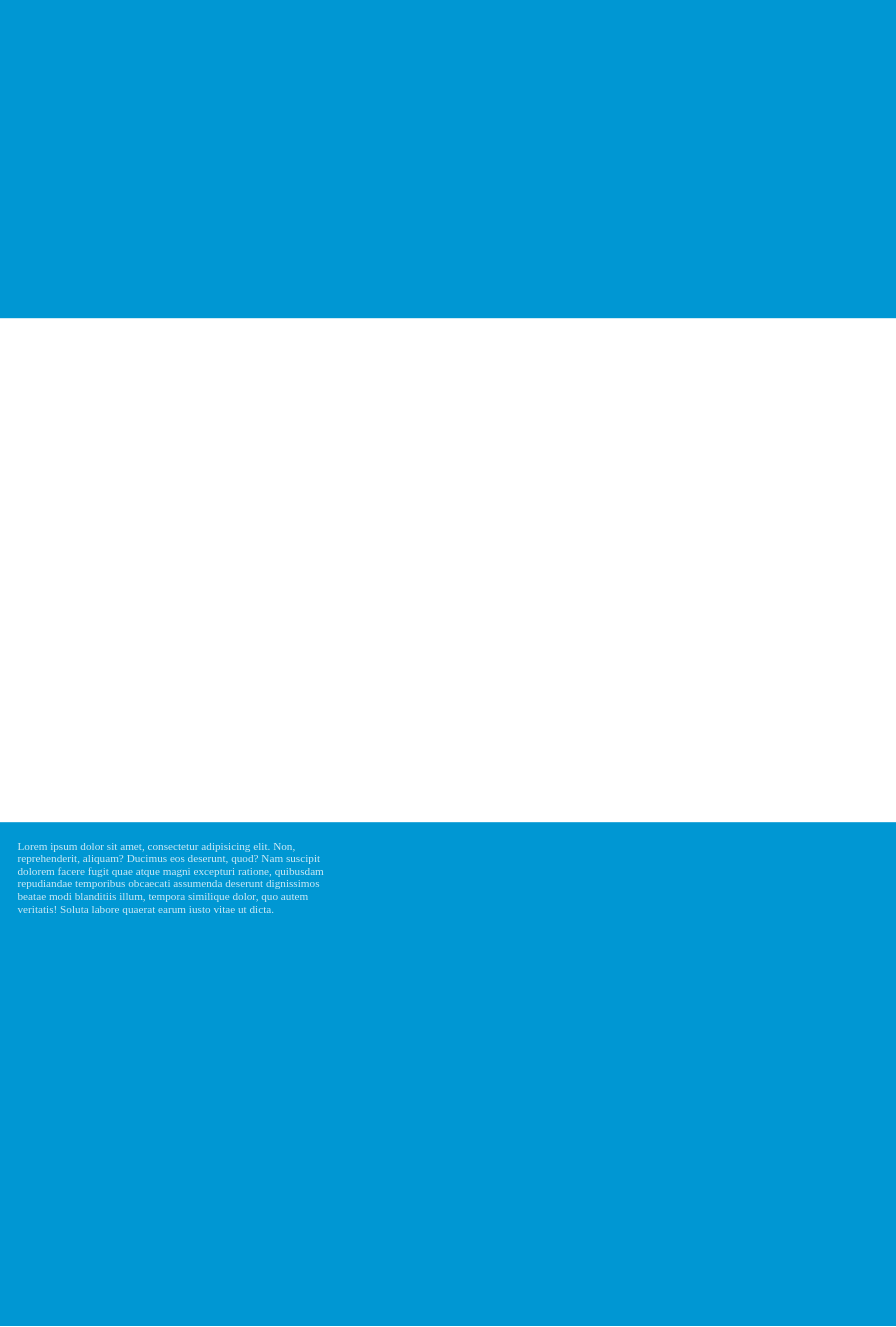
Repository: LiamB123/Adaptive-Sizing-Practice
Page: MP.html
The author's editor kept a record of every edit. The page is drawn from the files as they stood at one moment, then again after the next edit.
The browser window is 1280 px wide. The pictures show the part of the page from y = 1001 to 2921 px (the page is 2896 px tall before and 2921 px after), at 70% of full size.

Above is the page before.

After the next edit:
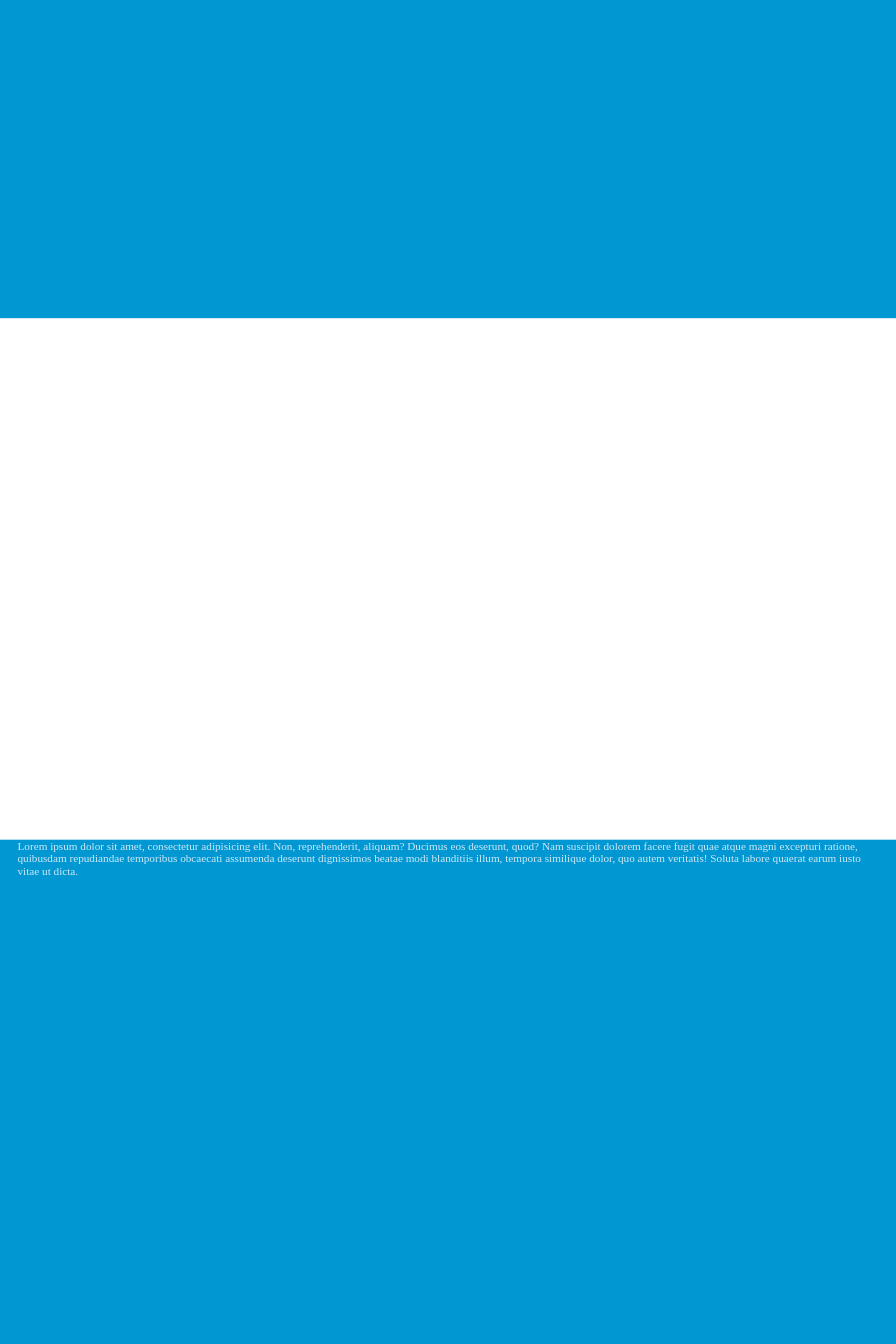
The edit:
--- a/MP.css
+++ b/MP.css
@@ -32,10 +32,11 @@
 .footer{ background-color:#4a4a4f;
 padding:15px;}
 
+.
+@media (min-width: 768px){
 .column { float:left;
 
 }
-@media (min-width: 768px){
     .column-60{width:60%;}
     .column-40{width:40%;}
 }

After the 3 edits that followed:
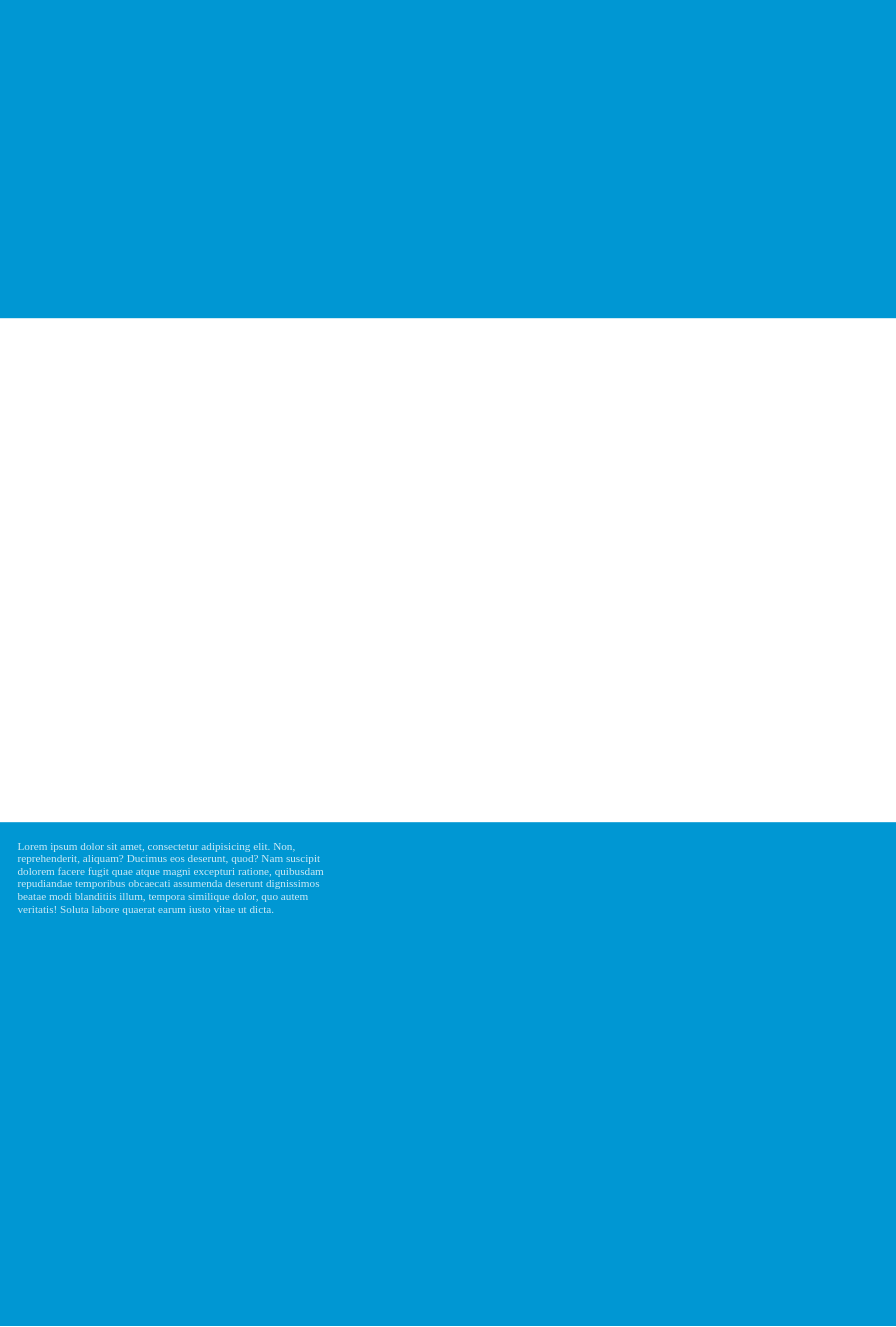
The 3 edits are shown as one change because 2 left the picture as it was.
The edit:
--- a/MP.css
+++ b/MP.css
@@ -32,11 +32,11 @@
 .footer{ background-color:#4a4a4f;
 padding:15px;}
 
-.
+
 @media (min-width: 768px){
-.column { float:left;
+.column { float:left;}
 
-}
+
     .column-60{width:60%;}
     .column-40{width:40%;}
 }
